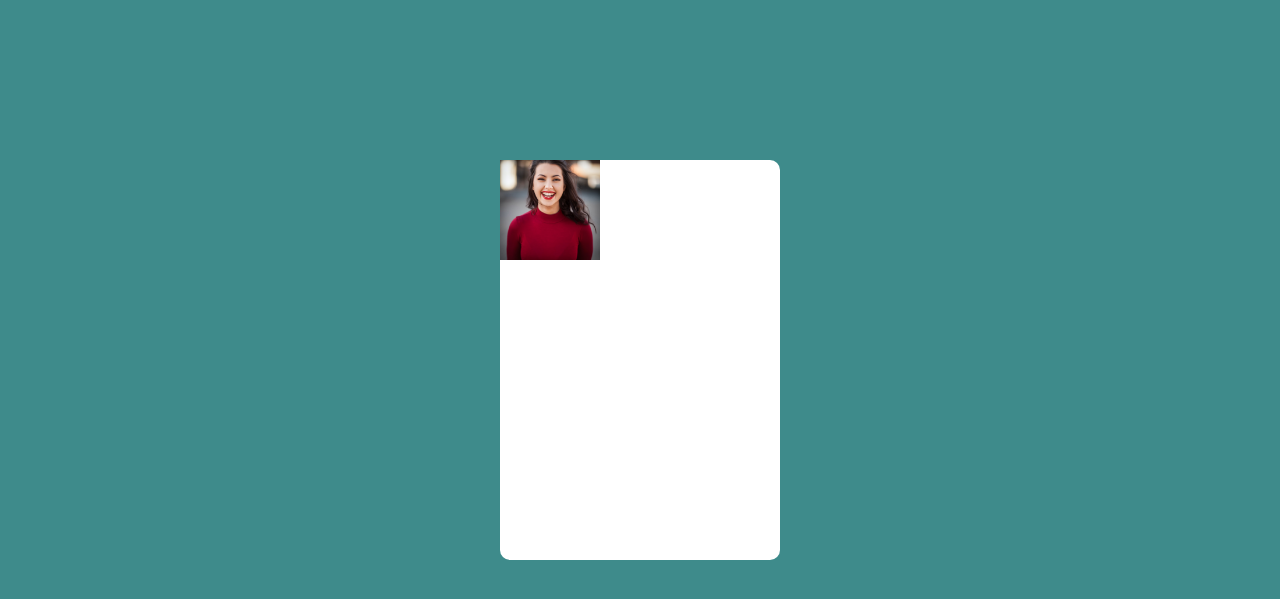
Repository: kiranjeetkaur01/instarequest.github.io
Page: index.html
An editor plug-in stored every save of this project. The page is shown before and after a run of saves, followed by the edit.
The browser window is 1280 px wide. The pictures show the whole page.

Above is the page before, as saved 2023-09-12 19:33:50.

### index.html
<!DOCTYPE html>
<html lang="en">
<head>
    <meta charset="UTF-8">
    <meta name="viewport" content="width=device-width, initial-scale=1.0">
    <title>Insta Request Feature</title>
    <link rel="stylesheet" href="style.css">
</head>
<body>
    <div id="main">
        <div id="card">
            <img src="./photo-1494790108377-be9c29b29330.avif" alt="">
        </div>
    </div>

    <script src="script.js"></script>
</body>
</html>

### style.css
*{
    margin: 0;
    padding: 0;
    box-sizing: border-box;
}
html,body{
    height: 100%;
    width: 100%;
}
#main{
    height: 100%;
    width: 100%;
    background-color: rgb(62, 139, 139);
    display: flex;
    align-items: center;
    justify-content: center;
}
#card{
    height: 400px;
    width: 280px;
    background-color: #fff;
    border-radius: 10px;
}
#card img{
    height: 100px;
    width: 100px;
    object-fit: cover;
    bo
}

Loaded but not shown: script.js (no copy from this time; the picture is the same without it)

After the next 2 saves:
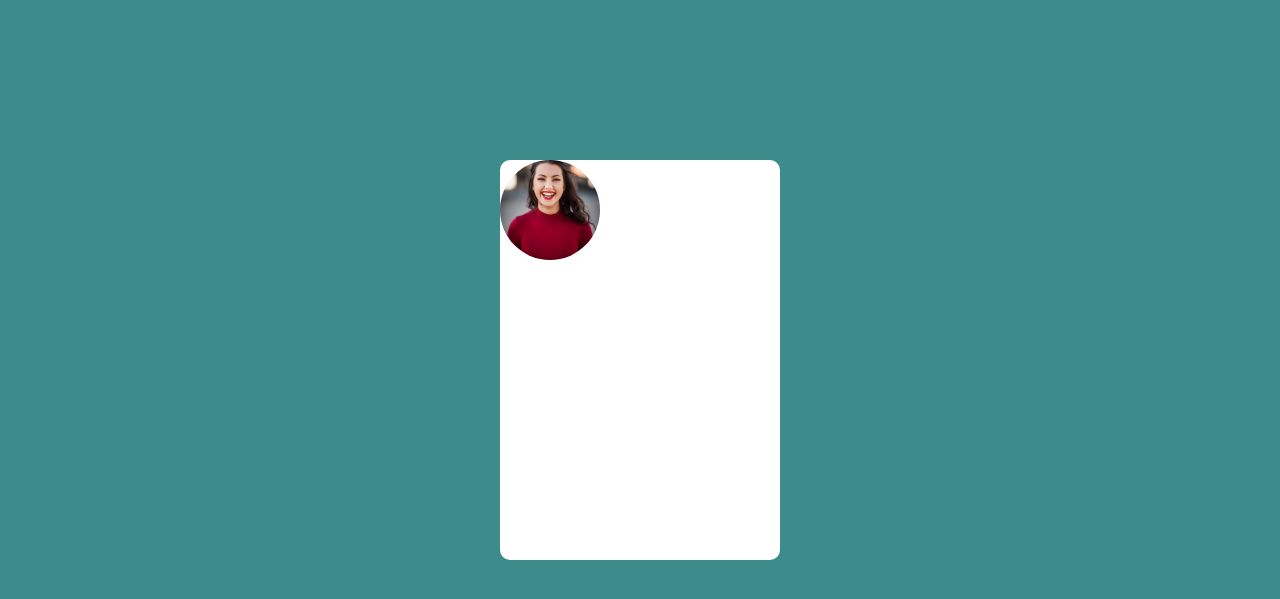
The 2 saves are shown as one change because they came seconds apart.
The last was saved 6 s later.
--- a/style.css
+++ b/style.css
@@ -25,5 +25,5 @@
     height: 100px;
     width: 100px;
     object-fit: cover;
-    bo
+    border-radius: 50%;
 }
